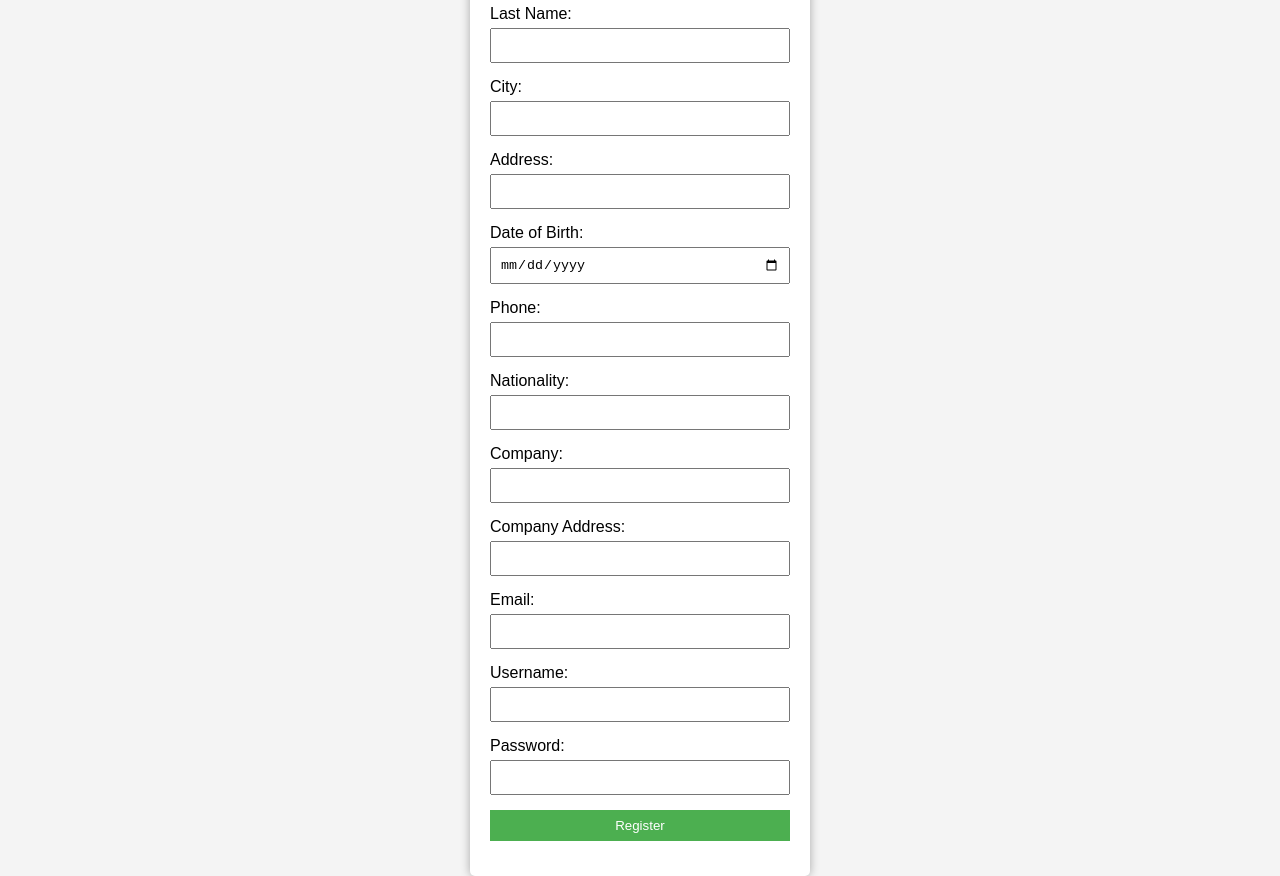
Repository: ITpatrick1/Accommodation-System
Page: http://localhost/register_guest.php
An editor plug-in stored every save of this project. The page is shown before and after a run of saves, followed by the edit.
The browser window is 1280 px wide. The pictures show the whole page.
The page is run by PHP 8.4 with error messages shown; the project is at /var/www/html/.

Above is the page before, as saved 2024-08-19 10:49:32.

### register_guest.php
<?php
// Database connection
$servername = "localhost";
$username = "root"; // Your database username
$password = ""; // Your database password
$dbname = "dragonhousedb"; // Your database name

$conn = new mysqli($servername, $username, $password, $dbname);

// Check connection
if ($conn->connect_error) {
    die("Connection failed: " . $conn->connect_error);
}

// Check if form is submitted
if ($_SERVER["REQUEST_METHOD"] == "POST") {
    $G_FNAME = $conn->real_escape_string($_POST['G_FNAME']);
    $G_LNAME = $conn->real_escape_string($_POST['G_LNAME']);
    $G_CITY = $conn->real_escape_string($_POST['G_CITY']);
    $G_ADDRESS = $conn->real_escape_string($_POST['G_ADDRESS']);
    $G_PHONE = $conn->real_escape_string($_POST['G_PHONE']);
    $G_NATIONALITY = $conn->real_escape_string($_POST['G_NATIONALITY']);
    $G_EMAIL = $conn->real_escape_string($_POST['G_EMAIL']);
    $G_UNAME = $conn->real_escape_string($_POST['G_UNAME']);
    $G_PASS = sha1($conn->real_escape_string($_POST['G_PASS'])); // Hash the password

    $sql = "INSERT INTO tblguest (G_FNAME, G_LNAME, G_CITY, G_ADDRESS, G_PHONE, G_NATIONALITY, G_EMAIL, G_UNAME, G_PASS)
            VALUES ('$G_FNAME', '$G_LNAME', '$G_CITY', '$G_ADDRESS', '$G_PHONE', '$G_NATIONALITY', '$G_EMAIL', '$G_UNAME', '$G_PASS')";

    if ($conn->query($sql) === TRUE) {

        echo "<p style='color: green;'>Registration successful!</p>";
    } else {
        echo "<p style='color: red;'>Error: " . $sql . "<br>" . $conn->error . "</p>";
    }
}

$conn->close();
?>

<!DOCTYPE html>
<html lang="en">
<head>
    <meta charset="UTF-8">
    <meta name="viewport" content="width=device-width, initial-scale=1.0">
    <title>Registration Page</title>
    <style>
        body {
            font-family: Arial, sans-serif;
            background-color: #f4f4f4;
            margin: 0;
            padding: 0;
            display: flex;
            justify-content: center;
            align-items: center;
            height: 100vh;
        }
        .registration-form {
            background-color: #ffffff;
            padding: 20px;
            border-radius: 5px;
            box-shadow: 0px 0px 10px 0px #00000050;
            width: 300px;
        }
        .registration-form h2 {
            text-align: center;
            margin-bottom: 20px;
        }
        .form-group {
            margin-bottom: 15px;
        }
        .form-group label {
            display: block;
            margin-bottom: 5px;
        }
        .form-group input {
            width: 100%;
            padding: 8px;
            box-sizing: border-box;
        }
        .form-group input[type="submit"] {
            background-color: #4CAF50;
            color: white;
            border: none;
            cursor: pointer;
        }
        .form-group input[type="submit"]:hover {
            background-color: #45a049;
        }
    </style>
</head>
<body>
    <div class="registration-form">
        <h2>Register</h2>
        <form action="" method="post">
            <div class="form-group">
                <label for="G_FNAME">First Name:</label>
                <input type="text" id="G_FNAME" name="G_FNAME" required>
            </div>
            <div class="form-group">
                <label for="G_LNAME">Last Name:</label>
                <input type="text" id="G_LNAME" name="G_LNAME" required>
            </div>
            <div class="form-group">
                <label for="G_CITY">City:</label>
                <input type="text" id="G_CITY" name="G_CITY" required>
            </div>
            <div class="form-group">
                <label for="G_ADDRESS">Address:</label>
                <input type="text" id="G_ADDRESS" name="G_ADDRESS" required>
            </div>
            <div class="form-group">
                <label for="DBIRTH">Date of Birth:</label>
                <input type="date" id="DBIRTH" name="DBIRTH" required>
            </div>
            <div class="form-group">
                <label for="G_PHONE">Phone:</label>
                <input type="text" id="G_PHONE" name="G_PHONE" required>
            </div>
            <div class="form-group">
                <label for="G_NATIONALITY">Nationality:</label>
                <input type="text" id="G_NATIONALITY" name="G_NATIONALITY" required>
            </div>
            <div class="form-group">
                <label for="G_COMPANY">Company:</label>
                <input type="text" id="G_COMPANY" name="G_COMPANY" required>
            </div>
            <div class="form-group">
                <label for="G_CADDRESS">Company Address:</label>
                <input type="text" id="G_CADDRESS" name="G_CADDRESS" required>
            </div>
            <div class="form-group">
                <label for="G_EMAIL">Email:</label>
                <input type="email" id="G_EMAIL" name="G_EMAIL" required>
            </div>
            <div class="form-group">
                <label for="G_UNAME">Username:</label>
                <input type="text" id="G_UNAME" name="G_UNAME" required>
            </div>
            <div class="form-group">
                <label for="G_PASS">Password:</label>
                <input type="password" id="G_PASS" name="G_PASS" required>
            </div>
            <div class="form-group">
                <input type="submit" value="Register">
            </div>
        </form>
    </div>
</body>
</html>

After the next 6 saves:
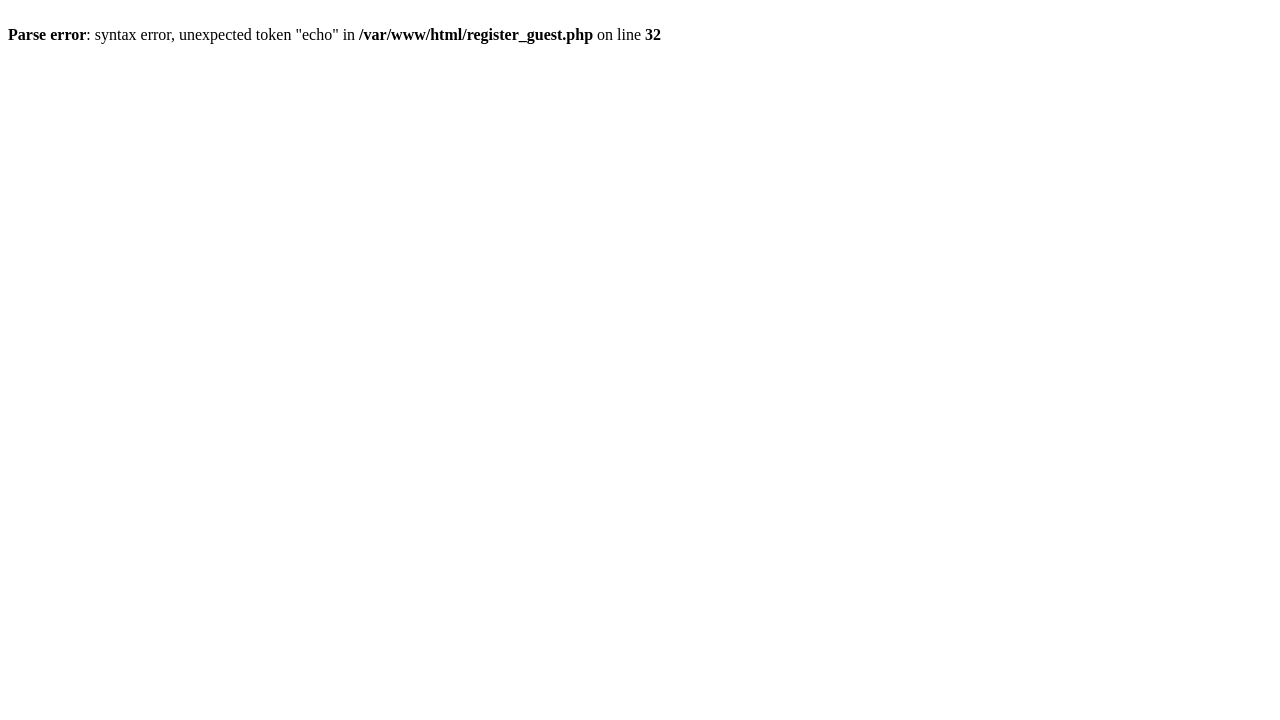
The 6 saves are shown as one change because they came seconds apart.
The last was saved 15 s later.
--- a/register_guest.php
+++ b/register_guest.php
@@ -28,7 +28,7 @@
             VALUES ('$G_FNAME', '$G_LNAME', '$G_CITY', '$G_ADDRESS', '$G_PHONE', '$G_NATIONALITY', '$G_EMAIL', '$G_UNAME', '$G_PASS')";
 
     if ($conn->query($sql) === TRUE) {
-
+        header('location: ')
         echo "<p style='color: green;'>Registration successful!</p>";
     } else {
         echo "<p style='color: red;'>Error: " . $sql . "<br>" . $conn->error . "</p>";

After the 2 saves that followed:
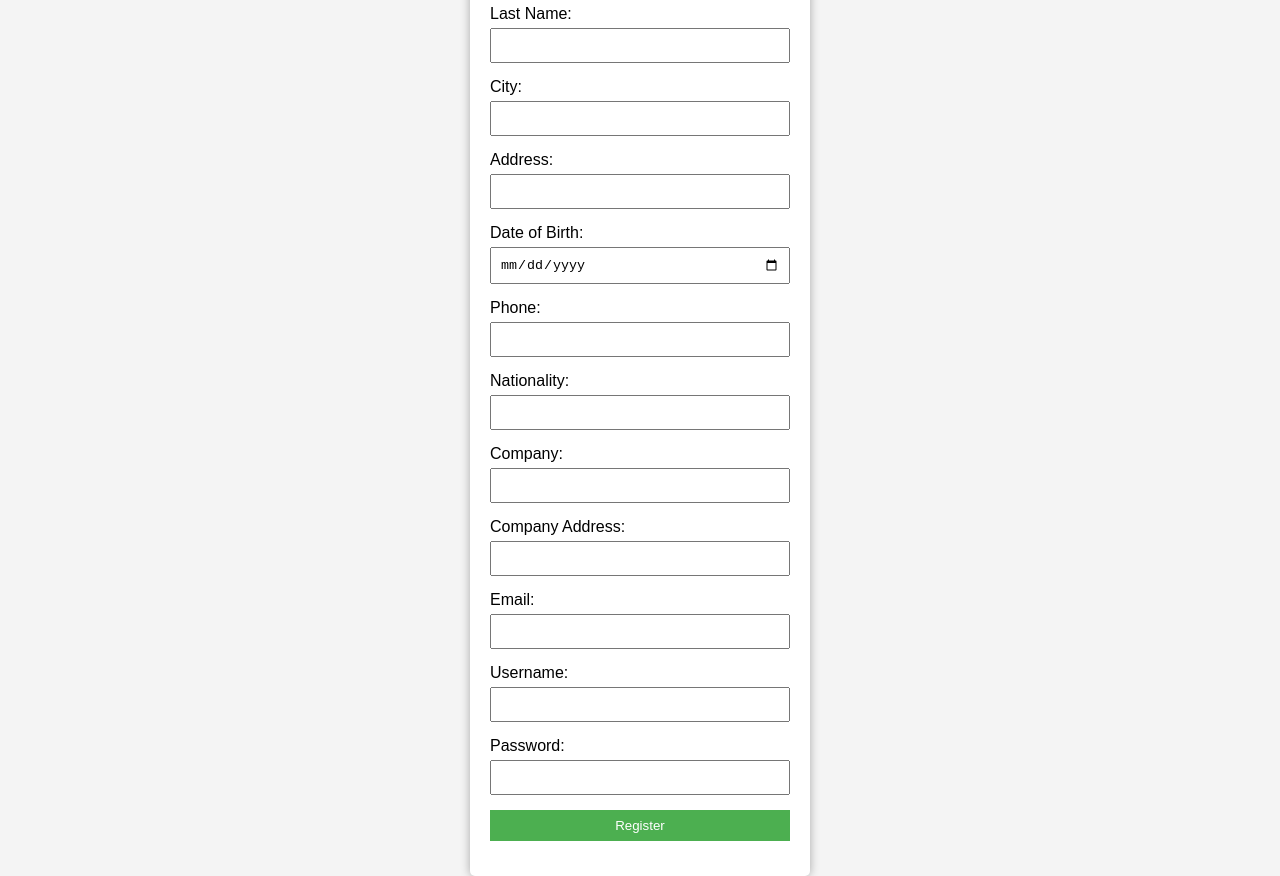
The 2 saves are shown as one change because they came seconds apart.
The last was saved 7 s later.
--- a/register_guest.php
+++ b/register_guest.php
@@ -28,7 +28,7 @@
             VALUES ('$G_FNAME', '$G_LNAME', '$G_CITY', '$G_ADDRESS', '$G_PHONE', '$G_NATIONALITY', '$G_EMAIL', '$G_UNAME', '$G_PASS')";
 
     if ($conn->query($sql) === TRUE) {
-        header('location: ')
+        header('location: index.php');
         echo "<p style='color: green;'>Registration successful!</p>";
     } else {
         echo "<p style='color: red;'>Error: " . $sql . "<br>" . $conn->error . "</p>";
